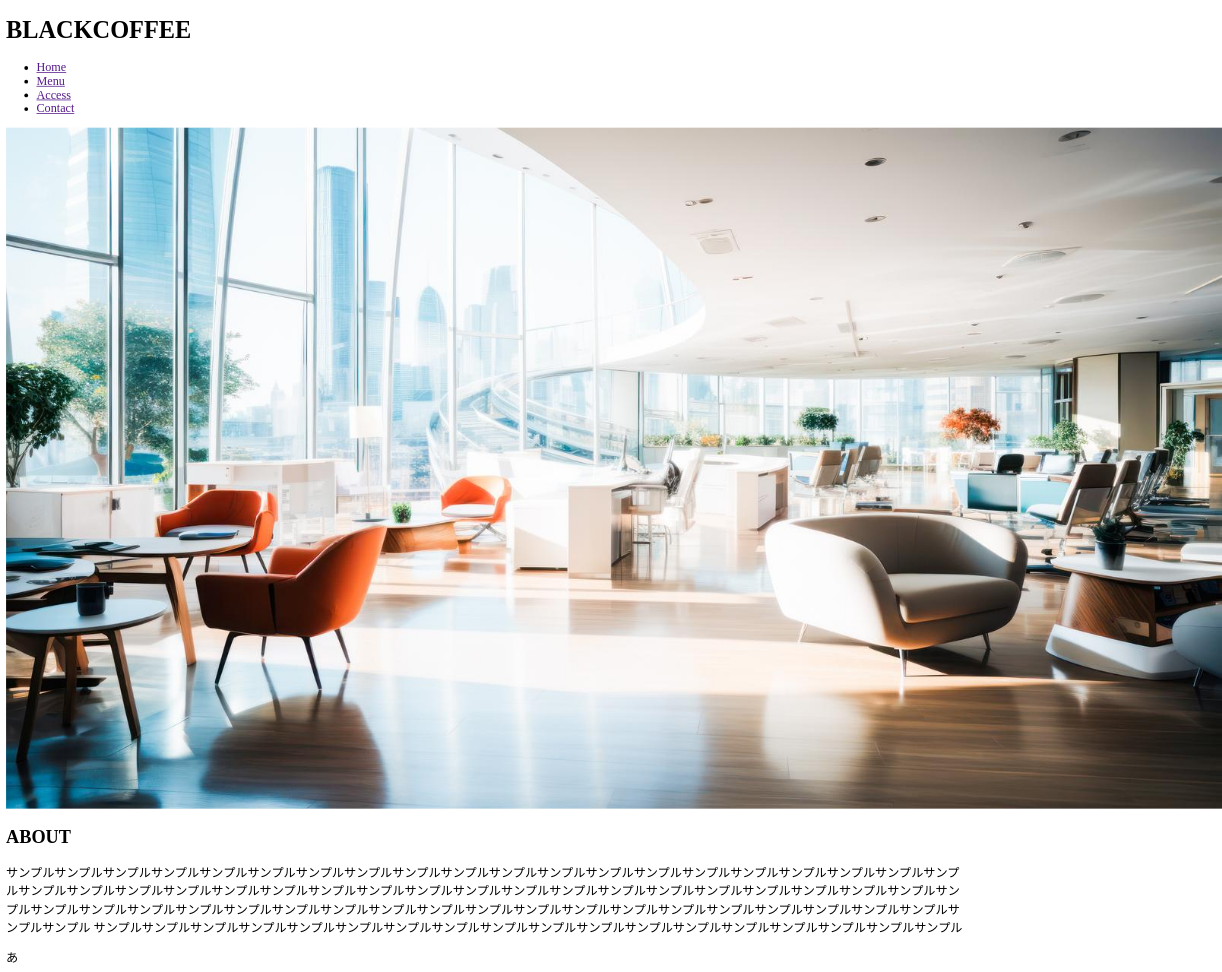
Repository: elle821208/Ayakomi-Cafe
Page: index.html
These files come from the project's save history. The page is drawn as it stood at one moment and after a run of saves; the edit follows.
The browser window is 1280 px wide. The page is 1608 px wide, so the pictures cover 1608 px, including what lies to the right of the window. The pictures show the whole page, at 76% of full size.

Above is the page before, as saved 2025-02-28 07:30:41.

After the next 2 saves:
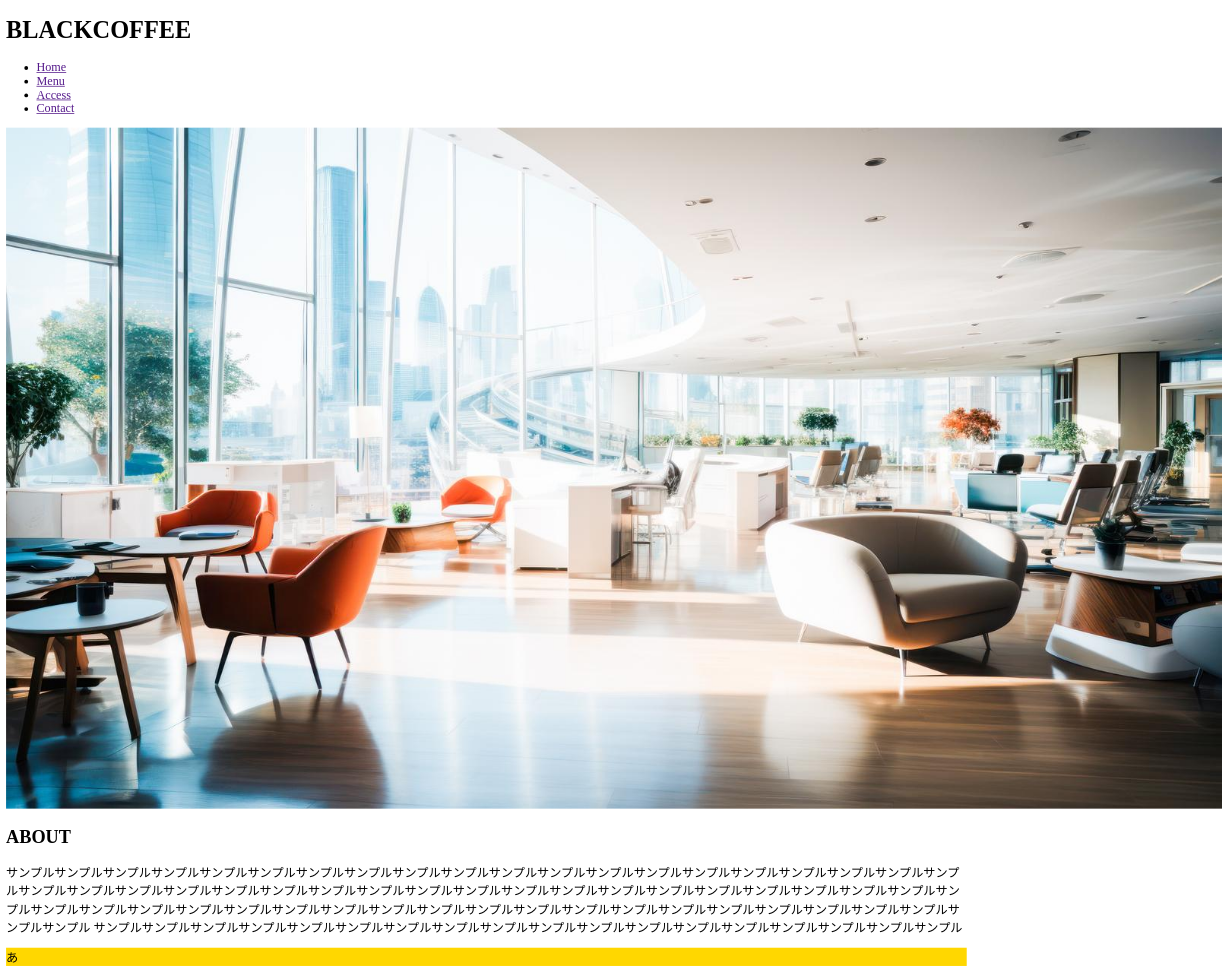
The 2 saves are shown as one change because they came seconds apart.
The last was saved 6 s later.
--- a/index.html
+++ b/index.html
@@ -50,7 +50,7 @@
 
             </section>
 
-            <section class="menu" style="background-color: ;">
+            <section class="menu" style="background-color:gold ;">
                 あ
                 <div class="container">
 
